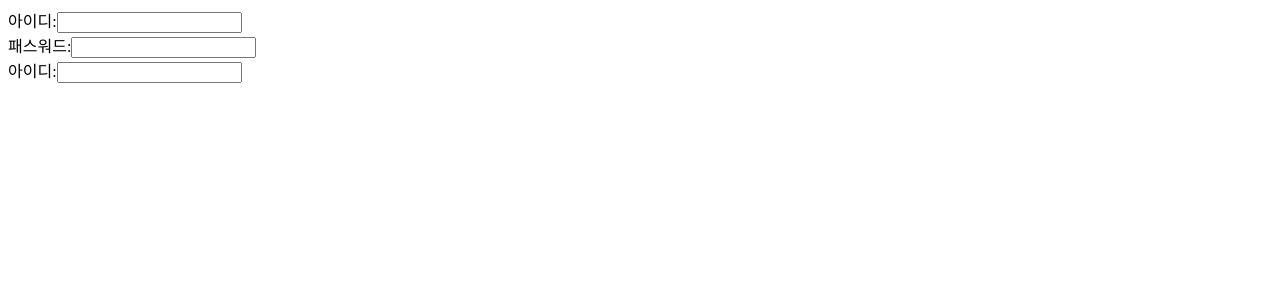
Repository: Yusubin/workEx
Page: project05/src/main/webapp/WEB-INF/login.html
The author's editor kept a copy of each file at every save. The page is drawn from the files as they stood at one save, then again after the next save.
The browser window is 1280 px wide. The pictures show the whole page.

Above is the page before, as saved 2022-02-09 03:04:11.

### project05/src/main/webapp/WEB-INF/login.html
<!DOCTYPE html>
<html>
<head>
<meta charset="UTF-8">
<title>로그인</title>
</head>
<body>
<form>
	아이디:<input type="text" name="user_id"/><br>
	패스워드:<input type="password" name="user_pw"/><br>
	아이디:<input type="text" name="user_id"/><br>
</form>
</body>
</html>

After the next save:
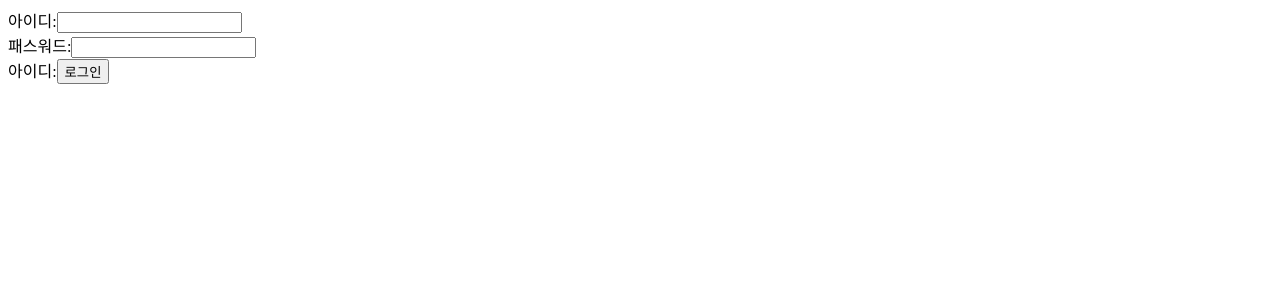
Saved 17 s later.
--- a/project05/src/main/webapp/WEB-INF/login.html
+++ b/project05/src/main/webapp/WEB-INF/login.html
@@ -8,7 +8,7 @@
 <form>
 	아이디:<input type="text" name="user_id"/><br>
 	패스워드:<input type="password" name="user_pw"/><br>
-	아이디:<input type="text" name="user_id"/><br>
+	아이디:<input type="submit" value="로그인"/><br>
 </form>
 </body>
 </html>
